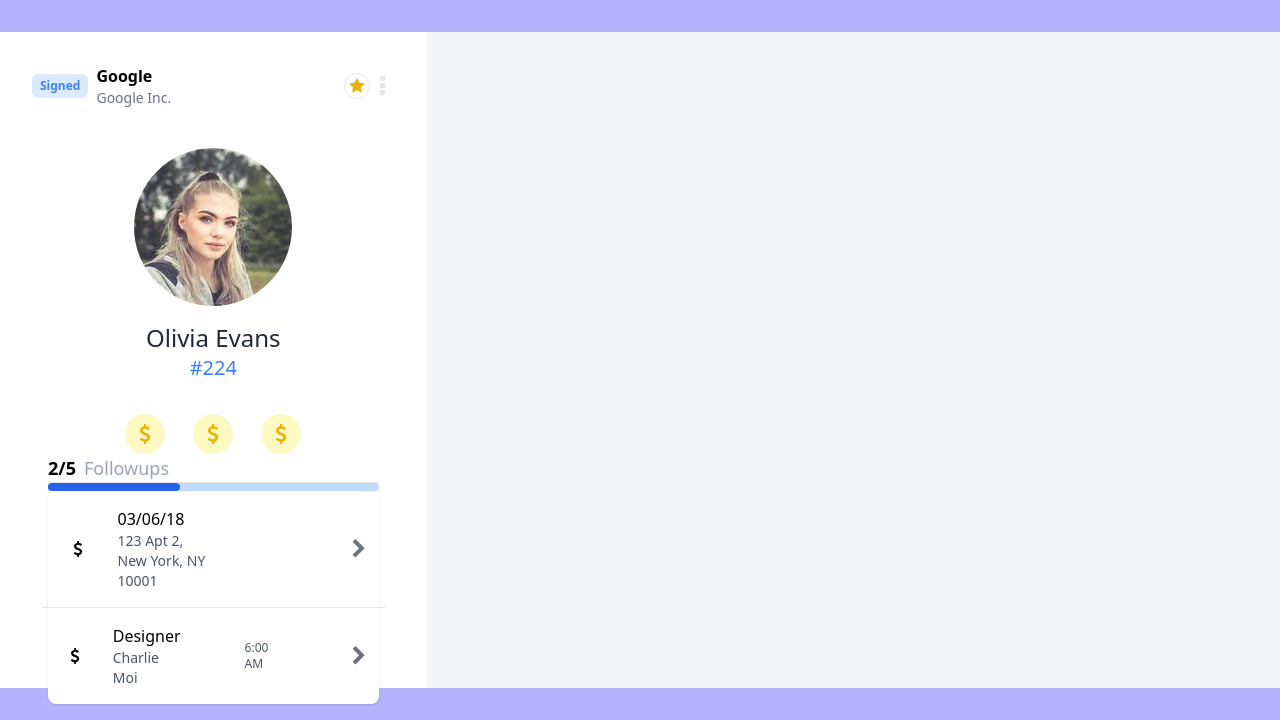
Repository: DragonKnight0522/text-rev
Page: /dashboard
These files come from the project's save history. The page is drawn as it stood at one moment and after the next save; the edit follows.
The browser window is 1280 px wide. The pictures show the whole page.
The project was rebuilt for these pictures with package versions that can differ from the ones it lists, and the page was loaded fresh each time. The framework's server and built-in components were replaced by stand-ins that run in the browser. Also part of the build but not shown: next.config.js.

Above is the page before, as saved 2023-08-28 19:50:33.

After the next save:
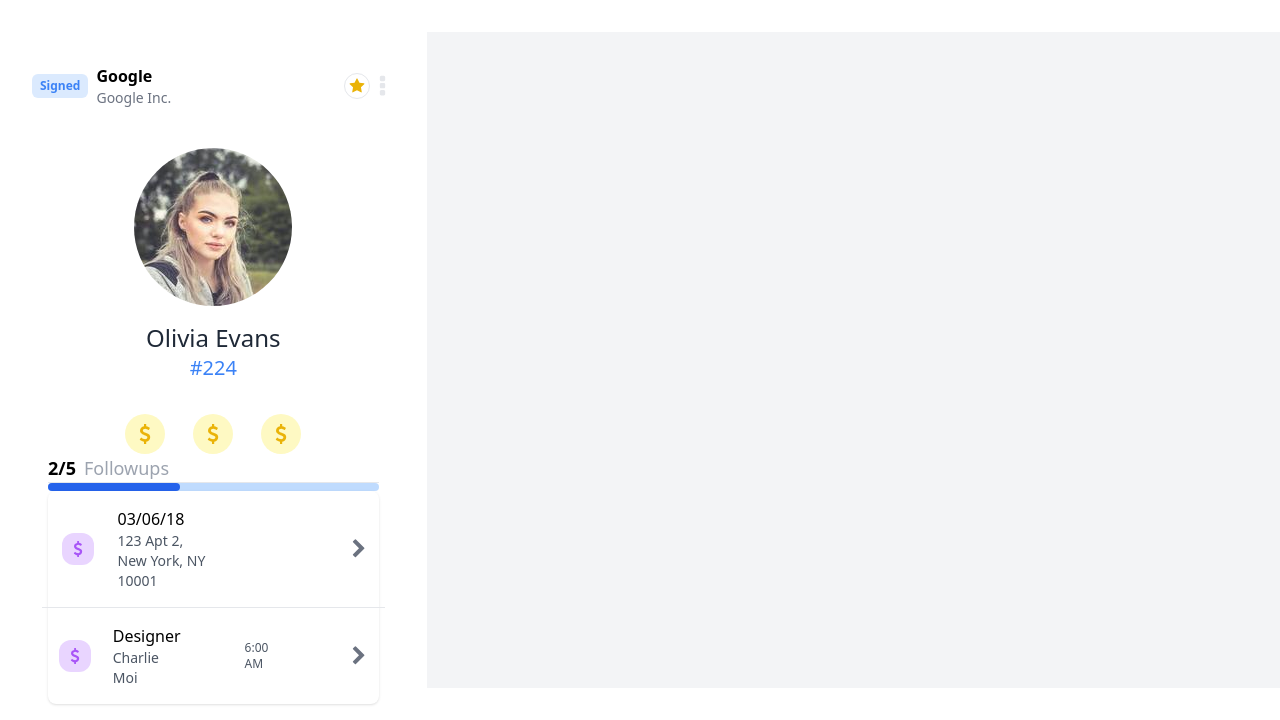
Saved 71 s later.
--- a/tailwind.config.js
+++ b/tailwind.config.js
@@ -11,7 +11,7 @@
             transparent: "transparent",
             current: "currentColor",
             ...colors,
-            purple: "#b6b3fe",
+            bgColor: "#b6b3fe",
         },
     },
     plugins: [],
